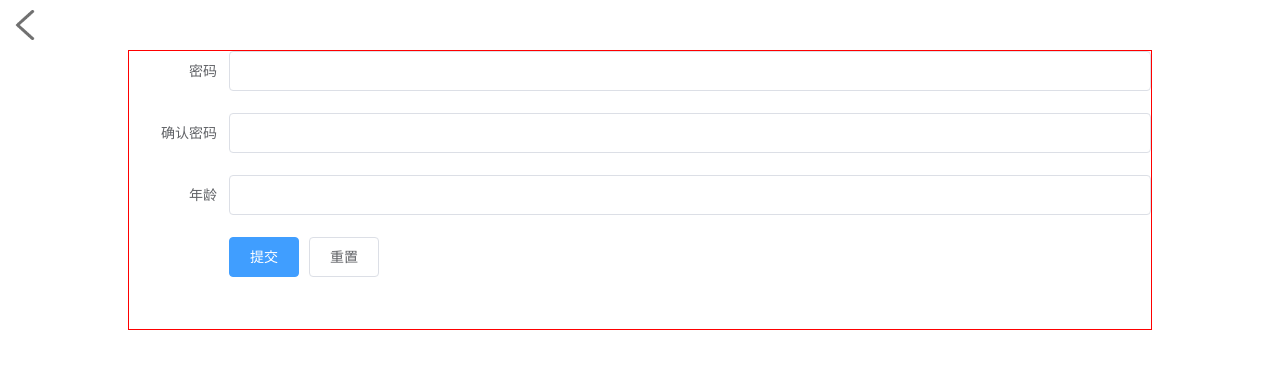
Repository: panlin520-team/lnmj-staffH5
Page: /#/forgetpassword
The author's editor kept a copy of each file at every save. The page is drawn from the files as they stood at one save, then again after the next save.
The browser window is 1280 px wide. The pictures show the whole page.
The project was rebuilt for these pictures with package versions that can differ from the ones it lists, and the page was loaded fresh each time. Also part of the build but not shown: src/views/Lojin.vue.

Above is the page before, as saved 2020-04-08 11:43:35.

### src/main.js
import Vue from 'vue'
import App from './App.vue'
import router from './router'
import store from './store'
import ElementUI from 'element-ui'
import '@/assets/scss/reset.less'
import 'element-ui/lib/theme-chalk/index.css';
Vue.use(ElementUI)


Vue.config.productionTip = false

new Vue({
  router,
  store,
  render: h => h(App)
}).$mount('#app')

### src/App.vue
<template>
  <div id="app">
    <router-view />
  </div>
</template>
<script>
export default {
  data() {
    return {
    };
  },
  created() {},
  methods: {
  }
};
</script>
<style lang="less">
</style>

### src/router/index.js
import Vue from 'vue'
import VueRouter from 'vue-router'
import Lojin from '../views/Lojin.vue'

Vue.use(VueRouter)

const routes = [
  //首页登录
  {
    path: '/',
    name: 'Lojin',
    component: Lojin
  },
  //首页登录
  {
    path: '/Lojin',
    name: 'Lojin',
    component: Lojin
  },
  //用户注册
  {
    path: '/register',
    name: 'Register',
    component: () => import('../views/Register.vue')
  },
  //用户忘记密码
  {
    path: '/forgetpassword',
    name: 'Forgetpassword',
    component: () => import('../views/Forgetpassword.vue')
  },
  //登录首页
  {
    path: '/homepage',
    name: 'Homepage',
    component: () => import('../views/Homepage.vue')
  },
]

const router = new VueRouter({
  routes
})

export default router

### src/assets/scss/reset.less
* {
  margin: 0;
  padding: 0;
}

div {
  box-sizing: border-box;
  -webkit-tap-highlight-color: rgba(0, 0, 0, 0);
  // -webkit-user-select: none;
}

img {
  border: 0;
}

ul,
ol {
  list-style: none;
}

textarea {
  // 禁止调节文本域尺寸
  resize: none;
  outline-style: none;
  -webkit-appearance: none;
}

input,
button {
  outline-style: none;
  box-sizing: border-box;
  border: none;
}

// 输入框提示文本颜色设置
input::-moz-focus-inner {
  border: 0;
}

input::-webkit-input-placeholder {
  /* WebKit browsers */
  color: #BBB;
}

input::-moz-placeholder {
  /* Mozilla Firefox 19+ */
  color: #BBB;
}

input:-ms-input-placeholder {
  /* Internet Explorer 10+ */
  color: #BBB;
}

html,
body {
  width: 100%;
  height: 100%;
}

body {
  background-color: #ffffff;
  font-family: "Helvetica Neue", Helvetica, "PingFang SC", "Hiragino Sans GB", "Microsoft YaHei", "微软雅黑", Arial, sans-serif;
  font-size: 14px;
  color: #101010;
}

#app {
  position: relative;
  width: 100%;
  height: 100%;
}

// 滚动条尺寸
div::-webkit-scrollbar {
  width: 10px;
  height: 10px;
}

// 滚动条内部方块
// div::-webkit-scrollbar-thumb {
//   border-radius: 10px;
//   box-shadow: inset 0 0 5px rgba(0, 0, 0, 0.2);
//   background: #52BD3A;
// }

// 滚动条轨道
// div::-webkit-scrollbar-track {
//   box-shadow: inset 0 0 5px rgba(0, 0, 0, 0.2);
//   border-radius: 10px;
//   background: rgba(0, 0, 0, 0.1);
// }

.topBand {
  width: 100%;
  height: 80px;
  background: #23A547;
  display: flex;
  position: fixed;
  top: 0;
  left: 0;
  z-index: 100;
}

.container {
  display: flex;
  background: #ffffff;
  padding-top: 80px;
  z-index: 99;
  height: 100%;

  .aside {
    width: 200px;
    min-width: 200px;
    overflow: hidden;
    white-space: nowrap;
    text-overflow: ellipsis;
    position: fixed;
    top: 80px;
    bottom: 0;
    left: 0;
  }

  .main {
    flex: 1;

    &.active {
      padding-left: 200px;
    }
  }
}

.footer {
  height: 80px;
  background: #23A547;
}

.scrollX {
  overflow-x: auto;
  overflow-y: hidden;
}

.scrollY {
  overflow-x: hidden;
  overflow-y: auto;
}

.popPage {
  position: fixed;
  top: 0;
  left: 0;
  width: 100%;
  height: 100%;
  padding: 20px;
  z-index: 100;
  background-color: #ffffff;
}

.nowrap {
  overflow: hidden;
  white-space: nowrap;
  text-overflow: ellipsis;
}

.btn-pointer {
  cursor: pointer;
}

### src/views/Forgetpassword.vue
 <!--修改密码-->
<template>
  <div class="forgetpassword">
    <div class="imgs" @click="returnLojin">
      <img src="../assets/images/icon-left.png" alt />
    </div>
    <div class="changepassword">
      <el-form
        :model="ruleForm"
        status-icon
        :rules="rules"
        ref="ruleForm"
        label-width="100px"
        class="demo-ruleForm"
      >
        <el-form-item label="密码" prop="pass">
          <el-input type="password" v-model="ruleForm.pass" autocomplete="off"></el-input>
        </el-form-item>
        <el-form-item label="确认密码" prop="checkPass">
          <el-input type="password" v-model="ruleForm.checkPass" autocomplete="off"></el-input>
        </el-form-item>
        <el-form-item label="年龄" prop="age">
          <el-input v-model.number="ruleForm.age"></el-input>
        </el-form-item>
        <el-form-item>
          <el-button type="primary" @click="submitForm('ruleForm')">提交</el-button>
          <el-button @click="resetForm('ruleForm')">重置</el-button>
        </el-form-item>
      </el-form>
    </div>
  </div>
</template>


<script>
export default {
  name: "forgetpassword",
  components: {},
  data() {
    return {};
  },
  created() {},
  methods: {
    //返回登录页面
    returnLojin() {
      const _this = this;
      _this.$router.replace("/Lojin");
    },
    //修改密码数据
    ruleForm: {
      pass: "",
      checkPass: "",
    },
  }
};
</script>

<style lang="less" scoped>
.forgetpassword {
  width: 100%;
  height: 100%;
  .imgs {
    width: 50px;
    height: 50px;
    padding: 10px;
    img {
      width: 100%;
      height: 100%;
    }
  }
  .changepassword {
    width: 80%;
    height: 280px;
    margin-top: 20px;
    margin: 0 auto;
    border: 1px solid red;
  }
}
</style>

Loaded but not shown: public/index.html (common file); src/store/index.js (common file)

After the next save:
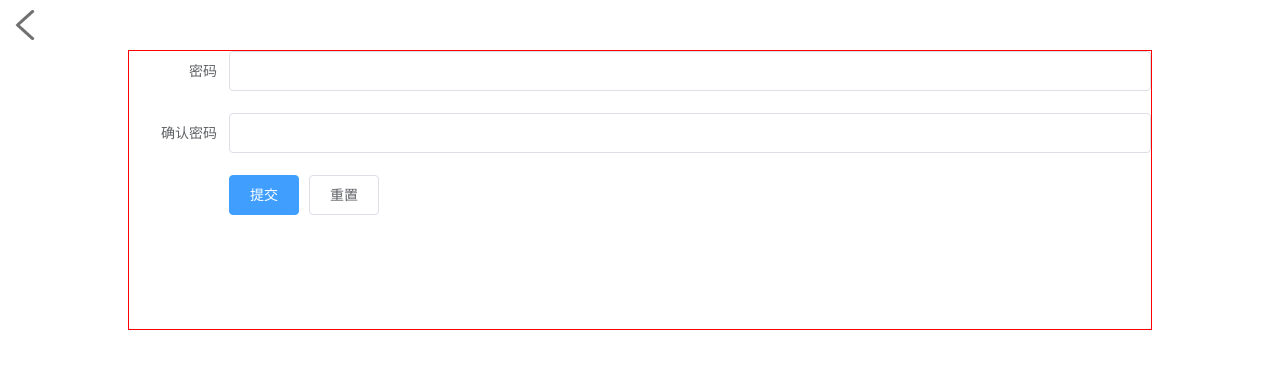
Saved 12 s later.
--- a/src/views/Forgetpassword.vue
+++ b/src/views/Forgetpassword.vue
@@ -18,9 +18,6 @@
         </el-form-item>
         <el-form-item label="确认密码" prop="checkPass">
           <el-input type="password" v-model="ruleForm.checkPass" autocomplete="off"></el-input>
-        </el-form-item>
-        <el-form-item label="年龄" prop="age">
-          <el-input v-model.number="ruleForm.age"></el-input>
         </el-form-item>
         <el-form-item>
           <el-button type="primary" @click="submitForm('ruleForm')">提交</el-button>
